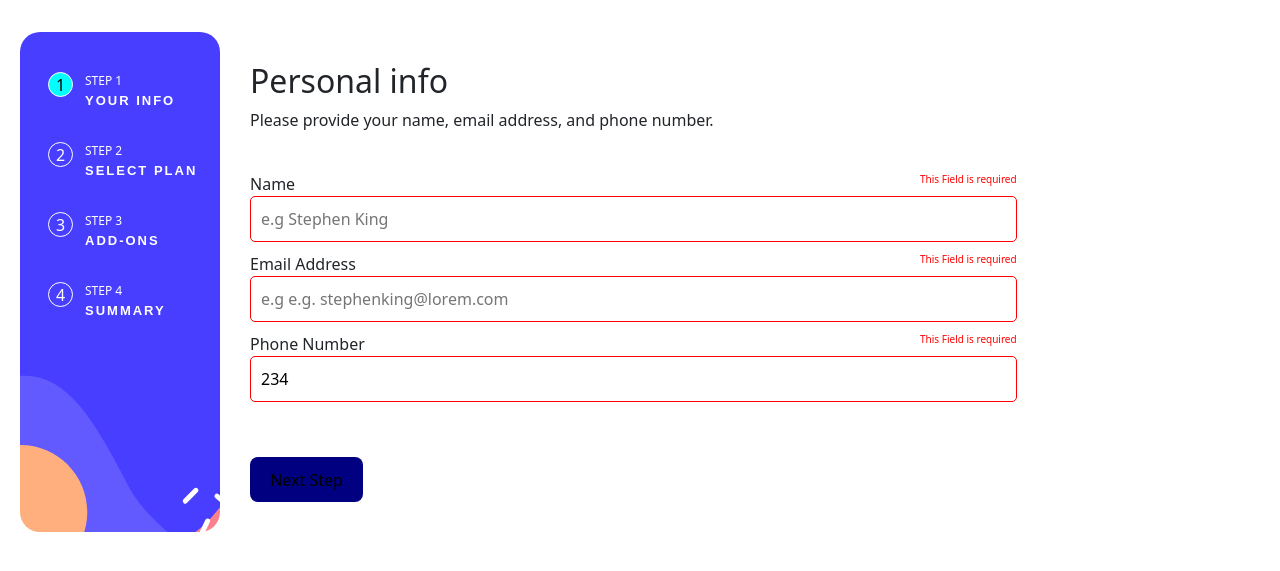
Repository: Celebration-cloud/Multi-Step-Form
Page: /
These files come from the project's save history. The page is drawn as it stood at one moment and after a run of saves; the edit follows.
The browser window is 1280 px wide. The pictures show the whole page.
The project was rebuilt for these pictures with package versions that can differ from the ones it lists, and the page was loaded fresh each time. Also part of the build but not shown: vite.config.js, src/GoBack.jsx.

Above is the page before, as saved 2023-11-01 14:19:37.

### index.html
<!DOCTYPE html>
<html lang="en">
<head>
  <meta charset="UTF-8">
  <meta name="viewport" content="width=device-width, initial-scale=1.0"> <!-- displays site properly based on user's device -->

  <title>Multi-step form</title>
  <link href="https://cdn.jsdelivr.net/npm/bootstrap@5.0.2/dist/css/bootstrap.min.css" rel="stylesheet" integrity="sha384-EVSTQN3/azprG1Anm3QDgpJLIm9Nao0Yz1ztcQTwFspd3yD65VohhpuuCOmLASjC" crossorigin="anonymous">
  <!-- Feel free to remove these styles or customise in your own stylesheet 👍 -->
  <style>
    .attribution { font-size: 11px; text-align: center; }
    .attribution a { color: hsl(228, 45%, 44%); }
  </style>
</head>
<body>
  <div id="root"></div>
  <script src="https://cdn.jsdelivr.net/npm/@popperjs/core@2.9.2/dist/umd/popper.min.js" integrity="sha384-IQsoLXl5PILFhosVNubq5LC7Qb9DXgDA9i+tQ8Zj3iwWAwPtgFTxbJ8NT4GN1R8p" crossorigin="anonymous"></script>
  <script src="https://cdn.jsdelivr.net/npm/bootstrap@5.0.2/dist/js/bootstrap.min.js" integrity="sha384-cVKIPhGWiC2Al4u+LWgxfKTRIcfu0JTxR+EQDz/bgldoEyl4H0zUF0QKbrJ0EcQF" crossorigin="anonymous"></script>
  <script type="module" src="./src/main.jsx"></script>
</body>
</html>

### src/App.jsx
import { useState } from 'react'
import './App.css'
import "@fontsource/roboto/300.css";
import "@fontsource/roboto/400.css";
import "@fontsource/roboto/500.css";
import "@fontsource/roboto/700.css";
import Pagination from './Pagination/Pagination';
import Procedures from './Procedures/Procedures';
import { PersonalInfo, PickAddOns, SelectYourPlan } from "../src/Procedures/ProceduresList";


function App() {
  const [pages, setPages] = useState(1)
    const [pageDetail, setPageDetail] = useState([])

    const handleNext = () => {
        if(pages < 4)
        setPages(prev => prev + 1)
    }
    const handlePrev = () => {
        if(pages >= 1)
        setPages(prev => prev - 1)
    }
    const store = (slide1) => {
      setPageDetail(prev => [...prev, slide1])
    }
    const handleSubmit = (e) => {
      e.preventDefault();
      handleNext()
      store()
      console.log(pageDetail)
    };
    const slide = [
      <>
        <PersonalInfo store={store}/>
      </>,
      <>
        <SelectYourPlan />
      </>,
      <>
        <PickAddOns />
      </>,
    ];


  return (
    <div className="forming row">
      <div className="pagination col-md-2">
        <Pagination pages={pages} />
      </div>
      <div className="proceed col-sm-8">
        <Procedures
          handlePrev={handlePrev}
          handleSubmit={handleSubmit}
          slide={slide}
          pages={pages}
        />
      </div>
    </div>
  );
}

export default App

{/* <div>
     Sidebar start
    Step 1
  Your info

  Step 2
  Select plan

  Step 3
  Add-ons

  Step 4
  Summary

  Sidebar end

   Step 1 start

  Personal info
  Please provide your name, email address, and phone number.

  Name
  e.g. Stephen King

  Email Address
  e.g. stephenking@lorem.com

  Phone Number
  e.g. +1 234 567 890

  Next Step

  Step 1 end

   Step 2 start

  Select your plan
  You have the option of monthly or yearly billing.

  Arcade
  $9/mo

  Advanced
  $12/mo

  Pro
  $15/mo

  Monthly
  Yearly

  Go Back
  Next Step

  Step 2 end

   Step 3 start

  Pick add-ons
  Add-ons help enhance your gaming experience.

  Online service
  Access to multiplayer games
  +$1/mo

  Larger storage
  Extra 1TB of cloud save
  +$2/mo

  Customizable Profile
  Custom theme on your profile
  +$2/mo

  Go Back
  Next Step

   Step 3 end

  Step 4 start

  Finishing up
  Double-check everything looks OK before confirming.

   Dynamically add subscription and add-on selections here

  Total (per month/year)

  Go Back
  Confirm

   Step 4 end

  Step 5 start

  Thank you!

  Thanks for confirming your subscription! We hope you have fun
  using our platform. If you ever need support, please feel free
  to email us at support@loremgaming.com.

   Step 5 end
  </div> */}

### src/index.css
:root {
  font-family: Inter, system-ui, Avenir, Helvetica, Arial, sans-serif;
  line-height: 1.5;
  font-weight: 400;
  color-scheme: light dark;
  color: rgba(255, 255, 255, 0.87);
  background-color: #242424;

  font-synthesis: none;
  text-rendering: optimizeLegibility;
  -webkit-font-smoothing: antialiased;
  -moz-osx-font-smoothing: grayscale;
  -webkit-text-size-adjust: 100%;
}


a {
  font-weight: 500;
  color: #646cff;
  text-decoration: inherit;
}
a:hover {
  color: #535bf2;
}

body {
  margin: 0px;
  padding: 0px;
}

h1 {
  font-size: 3.2em;
  line-height: 1.1;
}

button {
  border-radius: 8px;
  border: 1px solid transparent;
  padding: 0.6em 1.2em;
  font-size: 1em;
  font-weight: 500;
  font-family: inherit;
  background-color: #1a1a1a;
  cursor: pointer;
  transition: border-color 0.25s;
}
button:hover {
  border-color: #646cff;
}
button:focus,
button:focus-visible {
  outline: 4px auto -webkit-focus-ring-color;
}

@media (prefers-color-scheme: light) {
  :root {
    color: #213547;
    background-color: #ffffff;
  }
  a:hover {
    color: #747bff;
  }
  button {
    background-color: #f9f9f9;
  }
}

### src/App.css
#root {
  padding: 2rem;
  height: 100vh;
}
.proceed{
  padding: 30px;
  height: 100%;
}

.pagination{
  width: 200px;
  height: 100%;
}
.forming{
  padding: 0px;
}
.row{
  --bs-gutter-x: 1.5rem;
}
@media (max-width: 770px) {
  #root{
    padding: 0rem;
    width: 100%;
  }
  .pagination{
    width: 100%;
  }
  .row{
    --bs-gutter-x: 0rem;
  }
}
.logo {
  height: 6em;
  padding: 1.5em;
  will-change: filter;
  transition: filter 300ms;
}
.logo:hover {
  filter: drop-shadow(0 0 2em #646cffaa);
}
.logo.react:hover {
  filter: drop-shadow(0 0 2em #61dafbaa);
}

@keyframes logo-spin {
  from {
    transform: rotate(0deg);
  }
  to {
    transform: rotate(360deg);
  }
}

@media (prefers-reduced-motion: no-preference) {
  a:nth-of-type(2) .logo {
    animation: logo-spin infinite 20s linear;
  }
}

.card {
  padding: 2em;
}

.read-the-docs {
  color: #888;
}

### src/Pagination/Pagination.jsx
/* eslint-disable react/prop-types */
import PaginationStep from "./PaginationStep";
import './Pagination.css'
function Pagination({pages}) {
  return (
    <>

      {PaginationStep?.map((item) => (
        <div className="pageStep row" key={item.id}>
          <div style={pages === item.number ? {backgroundColor: "aqua", color: "black"}: {}} className="pageNum col-1"><p>{item.number}</p></div>
          <div className="stepInfo col-9">
            <p className="steps" >STEP {item.step}</p>
            <p className="info">{item.info}</p>
          </div>
        </div>
      ))}
    </>
  );
}

export default Pagination;

### src/Procedures/Procedures.jsx
/* eslint-disable react/prop-types */
import { useState } from 'react';
import GoBack from '../GoBack';
import Submit from '../Submit';
function Procedures({handlePrev, handleSubmit, slide, pages}) {
  return (
    <form onSubmit={handleSubmit} className='forms'>
      {slide[pages - 1]}
      <div className="submitStyle">
        {pages > 1 && <GoBack handlePrev={handlePrev}/>}
        <Submit handleSubmit={handleSubmit}/>
      </div>
    </form>
  );
}

export default Procedures

### src/Procedures/ProceduresList.jsx
/* eslint-disable react/prop-types */
import './Procedures.css'
import selectPlan from './SelectPlan';
import ToggleButton from "@mui/material/ToggleButton";
import ToggleButtonGroup from "@mui/material/ToggleButtonGroup";
import { useState } from 'react';
function PersonalInfo({store}) {
  const [personalData, setPersonalData] = useState({
    name: "",
    email: "",
    phoneNumber: Number(234),
  })
  const handlePersonalInfo = (e) => {
    const {name, value} = e.target
    setPersonalData(prev => {return {...prev, [name]: value}})
    const formData = {
      name: personalData.name,
      email: personalData.email,
      number: personalData.phoneNumber
    }
    store(formData)
  }
  return (
    <div className="mobileTab">
      <h2 className="personalInfo">Personal info</h2>
      <p className="formDit">
        Please provide your name, email address, and phone number.
      </p>
      <br />
      <span
        style={{
          display: "flex",
          flexDirection: "row",
          justifyContent: "space-between",
        }}
      >
        <label className="inputs" htmlFor="name">
          Name
        </label>
        {personalData.name.length < 1 && (
          <span style={{ color: "red", fontSize: 10 }}>
            This Field is required
          </span>
        )}
      </span>
      <input
        style={personalData.name.length < 1 ? { border: "1px solid red" } : {}}
        className="formInfo"
        id="name"
        name="name"
        value={personalData.name}
        onChange={handlePersonalInfo}
        required
        type="text"
        placeholder="e.g Stephen King"
      />
      <br />
      <span
        style={{
          display: "flex",
          flexDirection: "row",
          justifyContent: "space-between",
        }}
      >
        <label className="inputs" htmlFor="email">
          Email Address
        </label>
        {personalData.email.length < 1 && (
          <span style={{ color: "red", fontSize: 10 }}>
            This Field is required
          </span>
        )}
      </span>
      <input
        className="formInfo"
        style={personalData.name.length < 1 ? { border: "1px solid red" } : {}}
        id="email"
        name="email"
        type="email"
        value={personalData.email}
        onChange={handlePersonalInfo}
        required
        placeholder="e.g e.g. stephenking@lorem.com"
      />
      <br />
      <span
        style={{
          display: "flex",
          flexDirection: "row",
          justifyContent: "space-between",
        }}
      >
        <label className="inputs" htmlFor="phoneNumber">
          Phone Number
        </label>
        {Number(personalData.phoneNumber).toString().length <= 4 && (
          <span style={{ color: "red", fontSize: 10 }}>
            This Field is required
          </span>
        )}
      </span>
      <input
        className="formInfo"
        style={
          Number(personalData.phoneNumber).toString().length <= 4
            ? { border: "1px solid red" }
            : {}
        }
        id="phoneNumber"
        name="phoneNumber"
        value={personalData.phoneNumber}
        onChange={handlePersonalInfo}
        type="tel"
        required
        placeholder="e.g +1 234 567 890"
        maxLength={14}
      />
      <br />
    </div>
  );
}
function SelectYourPlan() {

  const [alignment, setAlignment] = useState("web");

  const handleChange = (event, newAlignment) => {
    setAlignment(newAlignment);
  };
    return (
      <div className='mobileTab'>
        <h2 className="planTitle">Select Your Plan</h2>
        <p className="formDit">
          You have the option of monthly or yearly billing.
        </p>
        {selectPlan.map((item) => (
          <ToggleButtonGroup
            className="planGap"
            key={item.id}
            color="primary"
            value={alignment}
            exclusive
            onChange={handleChange}
            aria-label="Platform"
          >
            <ToggleButton className="selectingPlan" value={item.title}>
              <div className="selectPlan">
                <img src={item.img} width="50px" alt="" />
                <div>
                  <h6>{item.title}</h6>
                  <span>
                    ${item.monthPrice}/{item.month}
                  </span>
                </div>
              </div>
            </ToggleButton>
          </ToggleButtonGroup>
        ))}
        <div className='monYr'>
          <span>Monthly</span>
          <label className="switch">
            <input type="checkbox" />
            <span className="slider"></span>
          </label>
          <span>Yearly</span>
        </div>
      </div>
    );
}
function PickAddOns() {
    return (
      <div className="mobileTab">
        <h2 className="planTitle">Pick add-ons</h2>
        <p className="formDit">Add-ons help enhance your gaming experience.</p>
      </div>
    );
}

export {PersonalInfo, SelectYourPlan, PickAddOns};

### src/Pagination/PaginationStep.jsx
import {v4 as uuid} from 'uuid'
const PaginationStep = [
  {
    id: uuid(),
    number: 1,
    step: 1,
    info: "YOUR INFO",
  },
  {
    id: uuid(),
    number: 2,
    step: 2,
    info: "SELECT PLAN",
  },
  {
    id: uuid(),
    number: 3,
    step: 3,
    info: "ADD-ONS",
  },
  {
    id: uuid(),
    number: 4,
    step: 4,
    info: "SUMMARY",
  },
];
export default PaginationStep

### src/Pagination/Pagination.css
.pagination{
    background-image: url(../../assets/images/bg-sidebar-desktop.svg);
    background-repeat: no-repeat;
    height: 500px;
    object-fit: contain;
    image-rendering: pixelated;
    display: flex;
    flex-direction: column;
    border-radius: 20px;
    padding: 40px;
    color: white;
}
@media (max-width: 770px) {
    .pagination{
        background-image: url(../../assets/images/bg-sidebar-mobile.svg);
        background-size: cover;
        flex-direction: row;
        height: 100%;
        justify-content: center;
        gap: 20px;
        border-radius: 0px;
    }
    .steps{
        display: none;
    }
    .info{
        display: none;
    }
}
.pageStep{
    margin-bottom: 20px;
}
.pageNum{
    width: 25px;
    height: 25px;
    padding: 0;
    margin: 0;
    border: 1px solid white;
    border-radius: 100%;
}
.pageNum p{
    text-align: center;
}
.stepInfo{
    display: flex;
    flex-direction: column;
    height: 50px;
}
.steps{
    font-weight: 100;
    font-size: 12px;
}
.info{
    font-family: 'Arial';
    font-size: small;
    font-weight: 700;
    letter-spacing: 2px;
    width: 150px;
    margin-top: -15px;
}

### src/Submit.jsx
/* eslint-disable react/prop-types */

function Submit({handleSubmit}) {
  return (
    <>
      <button onChange={handleSubmit} className="formBtn">Next Step</button>
    </>
  );
}

export default Submit

### src/Procedures/Procedures.css
.formInfo{
    width: 100%;
    background-color: transparent;
    border: 1.5px solid rgb(141, 135, 135);
    border-radius: 5px;
    padding: 10px;
    margin-bottom: 10px;
    color: black;
}

.formBtn{
    background-color: navy;
}
.submitStyle{
    display: flex;
    flex-direction: row;
    justify-content: space-between;
    height: 90px;
}
.backBtn{
    align-self: flex-end;
    background-color: transparent;
    color: black;
}
.backBtn:hover{
    color: navy;
}
.submitStyle .formBtn{
    align-self: flex-end;
}
.selectingPlan{
    width: 100%;
    height: 100%;
}
.planGap{
    margin: 5px;
    border-radius: 20px;
}
.selectPlan{
    text-align: left;
    width: 150px;
    height: 150px;
}
.selectPlan img{
    margin-bottom: 40px;
}
.switch {
 --button-width: 2.3em;
 --button-height: 1.3em;
 --toggle-diameter: 0.8em;
 --button-toggle-offset: calc((var(--button-height) - var(--toggle-diameter)) / 2);
 --toggle-shadow-offset: 10px;
 --toggle-wider: 3em;
 --color-grey: black;
 --color-green: black;
}

.slider {
    text-align: left;
 display: inline-block;
 width: var(--button-width);
 height: var(--button-height);
 background-color: var(--color-grey);
 border-radius: calc(var(--button-height) / 2);
 position: relative;
 transition: 0.3s all ease-in-out;
}

.slider::after {
 content: "";
 display: inline-block;
 width: var(--toggle-diameter);
 height: var(--toggle-diameter);
 background-color: #fff;
 border-radius: calc(var(--toggle-diameter) / 2);
 position: absolute;
 top: var(--button-toggle-offset);
 transform: translateX(var(--button-toggle-offset));
 box-shadow: var(--toggle-shadow-offset) 0 calc(var(--toggle-shadow-offset) * 4) rgba(0, 0, 0, 0.1);
 transition: 0.3s all ease-in-out;
}

.switch input[type="checkbox"]:checked + .slider {
 background-color: var(--color-green);
}

.switch input[type="checkbox"]:checked + .slider::after {
 transform: translateX(calc(var(--button-width) - var(--toggle-diameter) - var(--button-toggle-offset)));
 box-shadow: calc(var(--toggle-shadow-offset) * -1) 0 calc(var(--toggle-shadow-offset) * 4) rgba(0, 0, 0, 0.1);
}

.switch input[type="checkbox"] {
 display: none;
}

.switch input[type="checkbox"]:active + .slider::after {
 width: var(--toggle-wider);
}

.switch input[type="checkbox"]:checked:active + .slider::after {
 transform: translateX(calc(var(--button-width) - var(--toggle-wider) - var(--button-toggle-offset)));
}
.monYr{
    width: 100%;
    height: 70px;
    text-align: center;
    margin-top: 20px;
    margin-bottom: -10px;
    background-color: aliceblue;
    font-size: larger;
    font-family: 'Lucida Sans', 'Lucida Sans Regular', 'Lucida Grande', 'Lucida Sans Unicode', Geneva, Verdana, sans-serif;
    color: rgb(152, 166, 166);
    padding: 20px;
    display: flex;
    justify-content: center;
    gap: 15px;
}
@media (max-width: 903px) {
    .selectPlan{
        width: 100%;
    }
}
@media (max-width: 770px) {
    .mobileTab{
        margin: 10px;
        margin-top: -70px;
        background-color: #fff;
        border-radius: 10px;
        box-shadow: 5px;
        padding: 20px;
        margin-bottom: 50px;
    }
    .proceed{
        background-color: aliceblue;
        padding: 10px;
        width: 100vw;
        height: 100%;
        display: flex;
        flex-direction: column;
        justify-content: ;
    }
    .submitStyle{
        margin-top: 10px;
        background-color: white;
        height: 70px;
        padding: 15px;
        width: 100%;
        margin-left: -10px;
        position: absolute;
    }
    .selectPlan{
        width: 150px;
    }

}
@media (max-width: 480px) {
    .selectPlan{
        display: flex;
        height: 50px;
        gap: 10px;
        width: 65vw;
    }
    .selectPlan img{
    margin-bottom: 0px;
}
.monYr{
    border-radius: 10px;
    font-size: large;
}
}

### src/Procedures/SelectPlan.jsx
import Arcade from '../../assets/images/icon-arcade.svg'
import Advanced from '../../assets/images/icon-advanced.svg'
import Pro from '../../assets/images/icon-pro.svg'
import {v4 as uuid} from 'uuid'
const selectPlan = [
    {
      id: uuid(),
      img: Arcade,
      title: "Arcade",
      monthPrice: 9,
      yearPrice: 90,
      month: "mo",
      year: "yr"
    },
    {
      id: uuid(),
      img: Advanced,
      title: "Advanced",
      monthPrice: 12,
      yearPrice: 120,
      month: "mo",
      year: "yr"
    },
    {
      id: uuid(),
      img: Pro,
      title: "Pro",
      monthPrice: 15,
      yearPrice: 150,
      month: "mo",
      year: "yr"
    },
  ]

  export default selectPlan;

Loaded but not shown: src/main.jsx (common file)

After the next 2 saves:
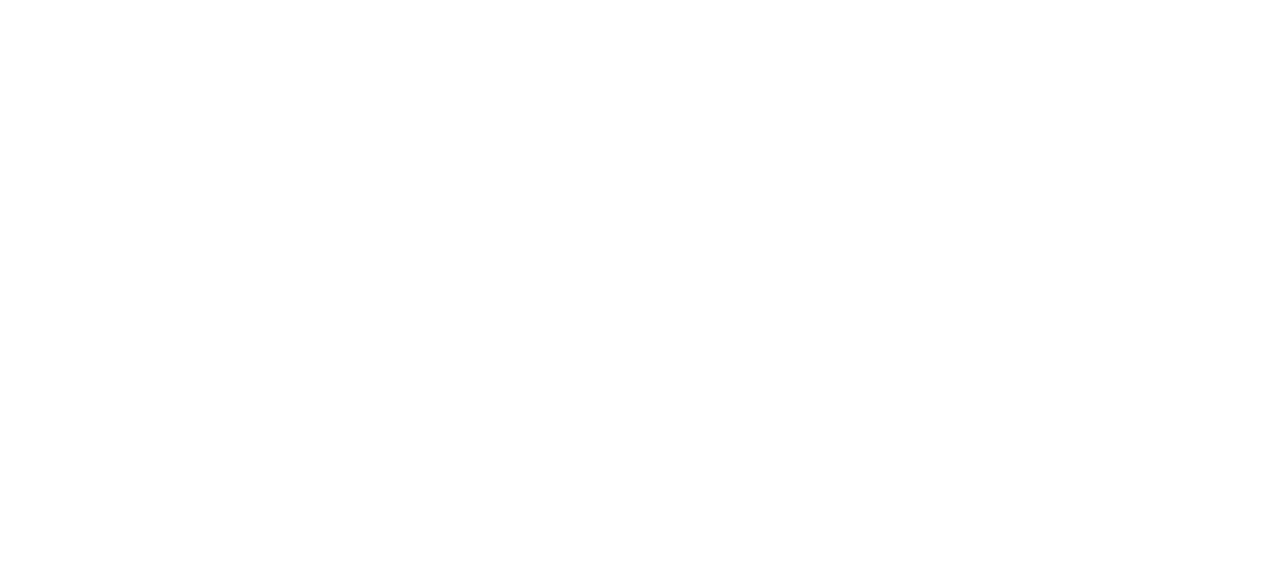
Console error: ReferenceError: t is not defined
The 2 saves are shown as one change because they came seconds apart.
The last was saved 5 min 13 s later.
--- a/src/Procedures/ProceduresList.jsx
+++ b/src/Procedures/ProceduresList.jsx
@@ -65,7 +65,7 @@
         <label className="inputs" htmlFor="email">
           Email Address
         </label>
-        {personalData.email.length < 1 && (
+        {personalData.email.length < t && (
           <span style={{ color: "red", fontSize: 10 }}>
             This Field is required
           </span>

After the 6 saves that followed:
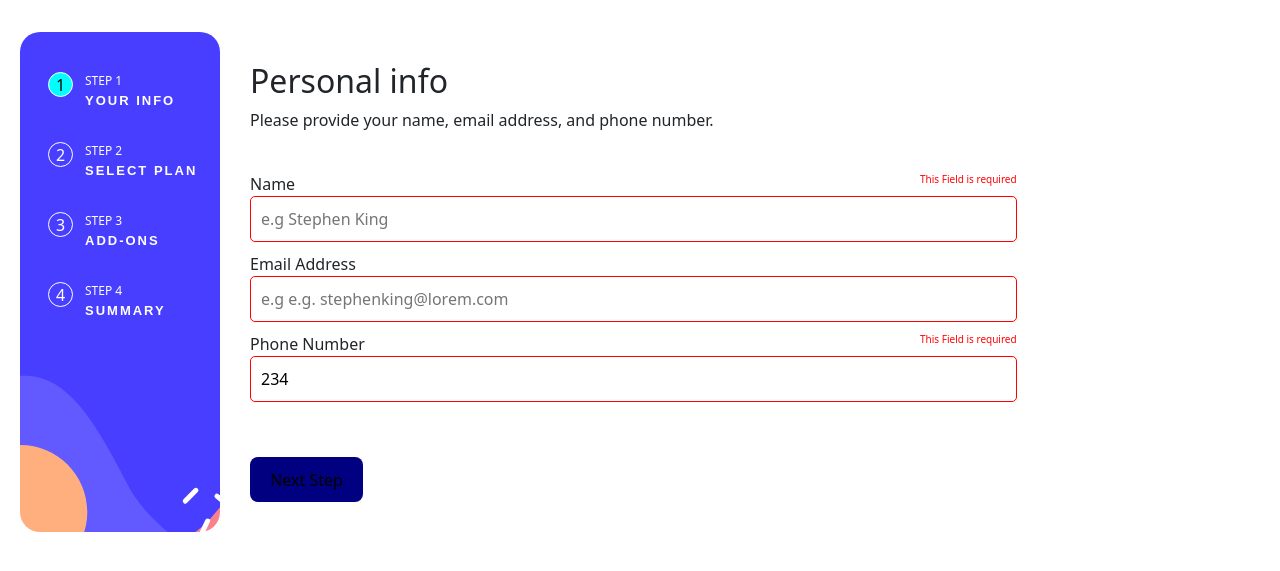
The error is gone.
The 6 saves are shown as one change because 1 did not build or start and 1 left the picture as it was and some came seconds apart.
The last was saved 25 s later.
--- a/src/Procedures/ProceduresList.jsx
+++ b/src/Procedures/ProceduresList.jsx
@@ -65,7 +65,7 @@
         <label className="inputs" htmlFor="email">
           Email Address
         </label>
-        {personalData.email.length < t && (
+        {personalData.email.length < '' && (
           <span style={{ color: "red", fontSize: 10 }}>
             This Field is required
           </span>
